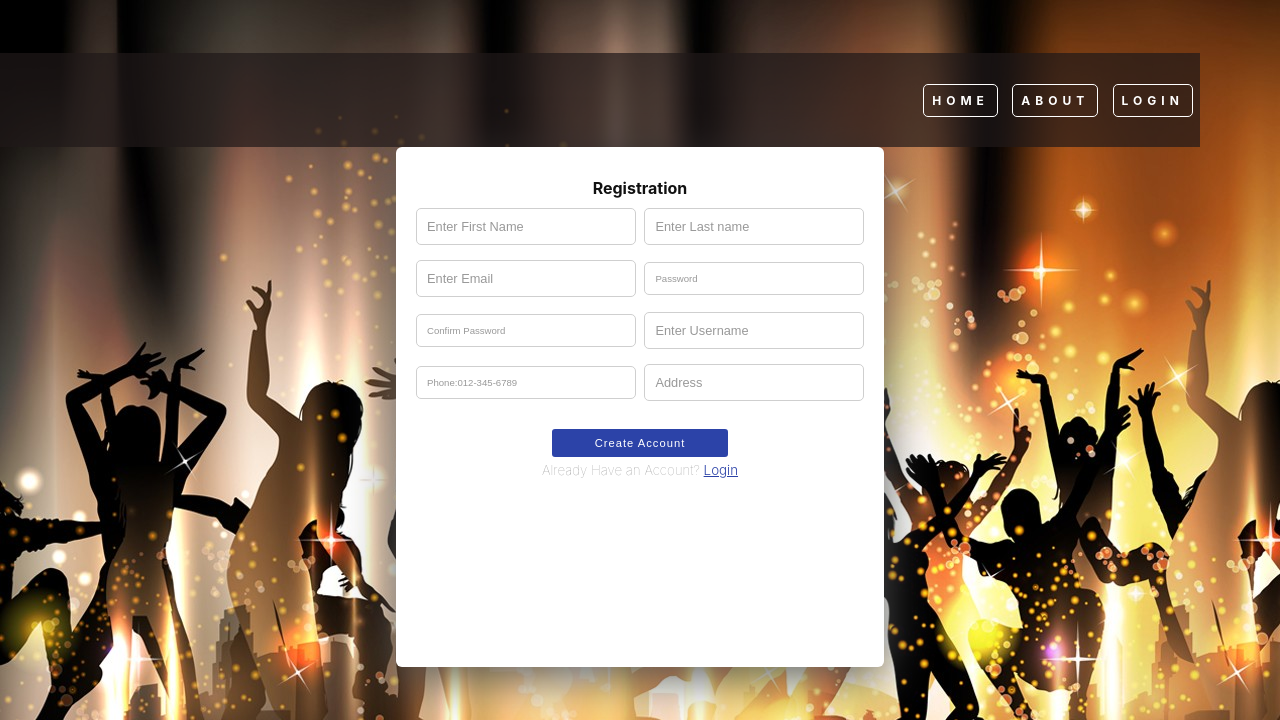
Repository: Fortune-Labs/Event-management-system-CapstoneG3
Page: /register (app in frontend/)
An editor plug-in stored every save of this project. The page is shown before and after the next save, followed by the edit.
The browser window is 1280 px wide. The pictures show the whole page.
The project was rebuilt for these pictures with package versions that can differ from the ones it lists, and the page was loaded fresh each time. Also part of the build but not shown: frontend/src/components/LoginSignup/errorMessages.js, frontend/src/components/LoginSignup/login.jsx, frontend/src/components/LoginSignup/verificationCode.jsx, frontend/src/components/LoginSignup/passwordReset.jsx, frontend/src/components/Home/home.jsx, frontend/src/components/Events/initial.jsx.

Above is the page before, as saved 2020-09-22 15:14:35.

After the next save:
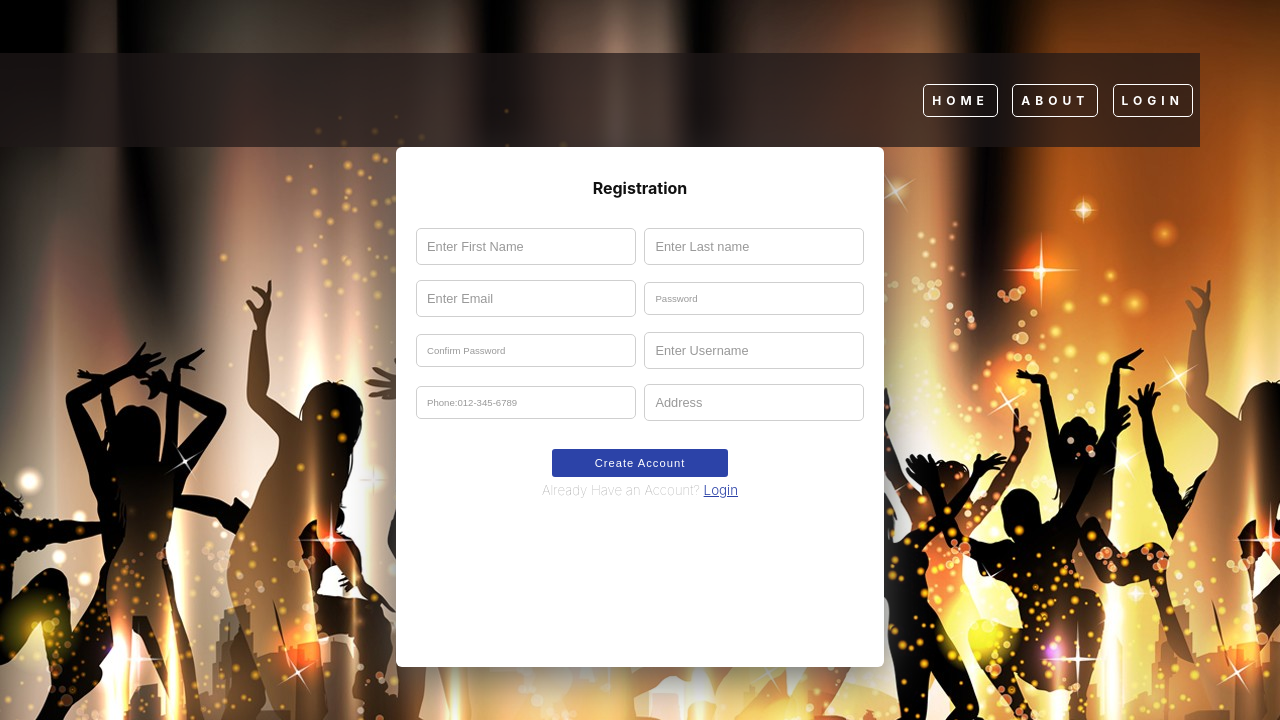
Saved 12 min 43 s later.
--- a/frontend/src/components/LoginSignup/style.css
+++ b/frontend/src/components/LoginSignup/style.css
@@ -78,6 +78,7 @@ form {
   color: #111;
   font-size: 16px;
   font-weight: bold;
+  padding-bottom: 20px;
   font-family: -apple-system, BlinkMacSystemFont, "Segoe UI", Roboto, Oxygen,
     Ubuntu, Cantarell, "Open Sans", "Helvetica Neue", sans-serif;
 }
